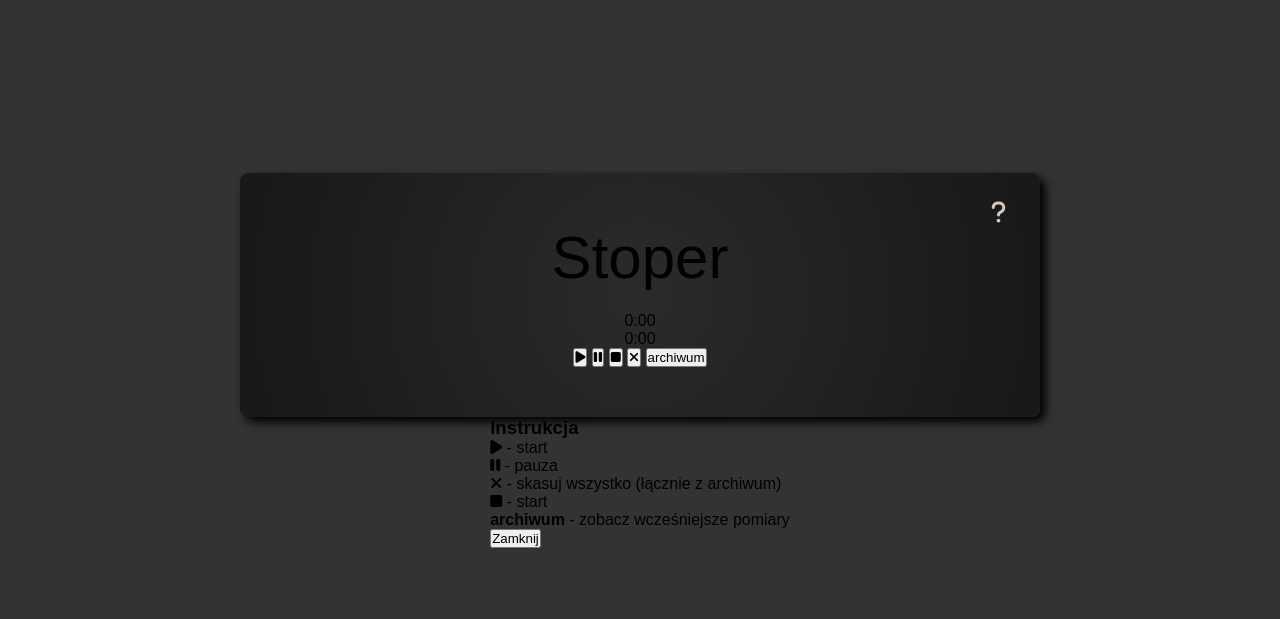
Repository: KrzysKolo/Projekt-5_Stoper
Page: index.html
An editor plug-in stored every save of this project. The page is shown before and after the next save, followed by the edit.
The browser window is 1280 px wide. The pictures show the whole page.
Some web fonts or font styles are not loaded; a fallback is used. Some web libraries are served in a nearby version.

Above is the page before, as saved 2020-07-05 17:01:12.

### index.html
<!DOCTYPE html>
<html lang="en">
  <head>
    <meta charset="UTF-8" />
    <meta name="viewport" content="width=device-width, initial-scale=1.0" />
    <title>Stoper</title>
    <script
      src="https://kit.fontawesome.com/21efeaf281.js"
      crossorigin="anonymous"
    ></script>
    <link
      href="https://fonts.googleapis.com/css2?family=Montserrat+Subrayada&display=swap"
      rel="stylesheet"
    />
    <link rel="stylesheet" href="./css/style.css" />
  </head>
  <body>
    <div class="wrapper">
      <p class="info">
        <i class="fa fa-question" aria-hidden="true"></i>
      </p>
      <h1>Stoper</h1>
      <p class="stopwatch">0:00</p>
      <p class="time">0:00</p>

      <div class="buttons">
        <button class="start"><i class="fas fa-play"></i></button>
        <button class="pouse"><i class="fas fa-pause"></i></button>
        <button class="stop"><i class="fas fa-stop"></i></button>
        <button class="restart"><i class="fas fa-times"></i></button>
        <button class="history">archiwum</button>
      </div>
      <ul class="time-list"></ul>
    </div>
    <div class="modal-shadow">
      <div class="modal"></div>
      <h3>Instrukcja</h3>
      <p><i class="fas fa-play"></i> - start</p>
      <p><i class="fas fa-pause"></i> - pauza</p>
      <p><i class="fas fa-times"></i> - skasuj wszystko (łącznie z archiwum)</p>
      <p><i class="fas fa-stop"></i> - start</p>
      <p><strong>archiwum</strong> - zobacz wcześniejsze pomiary</p>
      <button class="close">Zamknij</button>
    </div>
    <script src="./js/index.js"></script>
  </body>
</html>

### css/style.css
* {
  box-sizing: border-box;
  padding: 0;
  margin: 0;
}
:root {
  --first-color: #fa1406;
  --second-color: #d2c7be;
}
body {
  display: flex;
  justify-content: center;
  align-items: center;
  flex-direction: column;
  min-height: 100vh;
  font-family: "Montserrat Subrayada", sans-serif;
  background-color: #333333;
}
.wrapper {
  position: relative;
  display: flex;
  justify-content: center;
  align-items: center;
  flex-direction: column;
  padding: 50px;
  width: 800px;
  background-image: radial-gradient(
    circle,
    rgb(43, 43, 43) 0%,
    rgb(25, 25, 25) 93%
  );
  border-radius: 8px;
  box-shadow: 5px 5px 10px black;
}
.info {
  position: absolute;
  top: 6px;
  right: 14px;
  padding: 20px;
  font-size: 24px;
  clear: both;
  color: var(--second-color);
  cursor: pointer;
  transition: color 0.3s;
}
.info:hover {
  color: var(--first-color);
}
h1 {
  margin-bottom: 20px;
  font-size: 60px;
  font-weight: lighter;
}

Loaded but not shown: js/index.js (no stored copy; drawn as an empty file)

After the next save:
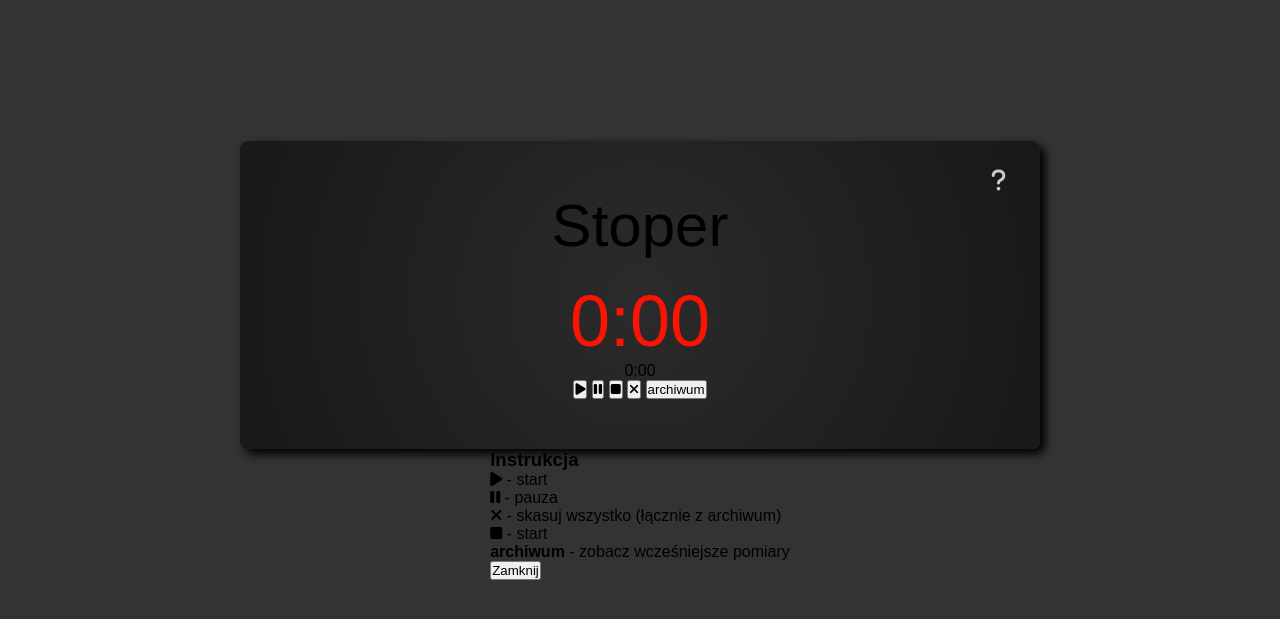
Saved 111 s later.
--- a/css/style.css
+++ b/css/style.css
@@ -51,3 +51,7 @@ h1 {
   font-size: 60px;
   font-weight: lighter;
 }
+.stopwatch {
+  font-size: 72px;
+  color: var(--first-color);
+}
